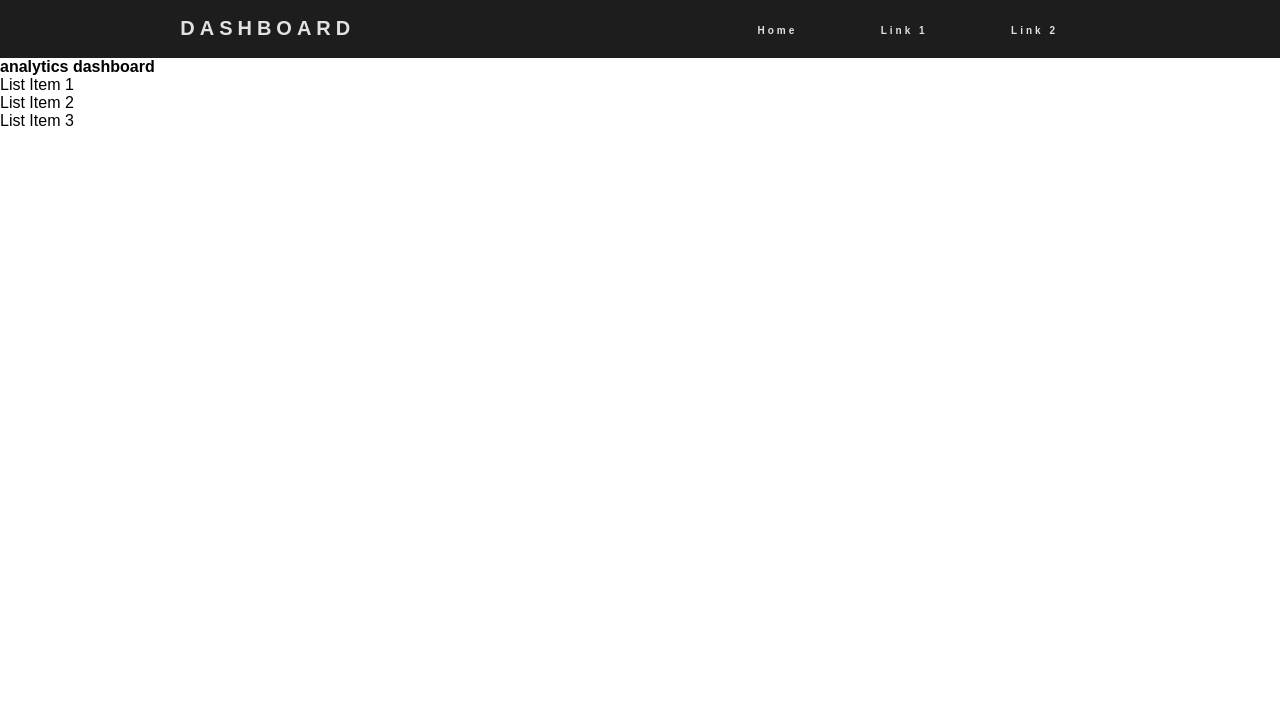
Repository: nourabdelhakam/drag-drop
Page: index.html
The author's editor kept a copy of each file at every save. The page is drawn from the files as they stood at one save, then again after the next save.
The browser window is 1280 px wide. The pictures show the whole page.
An inner scrolling area shows only its first screen.

Above is the page before, as saved 2020-07-03 09:06:20.

After the next save:
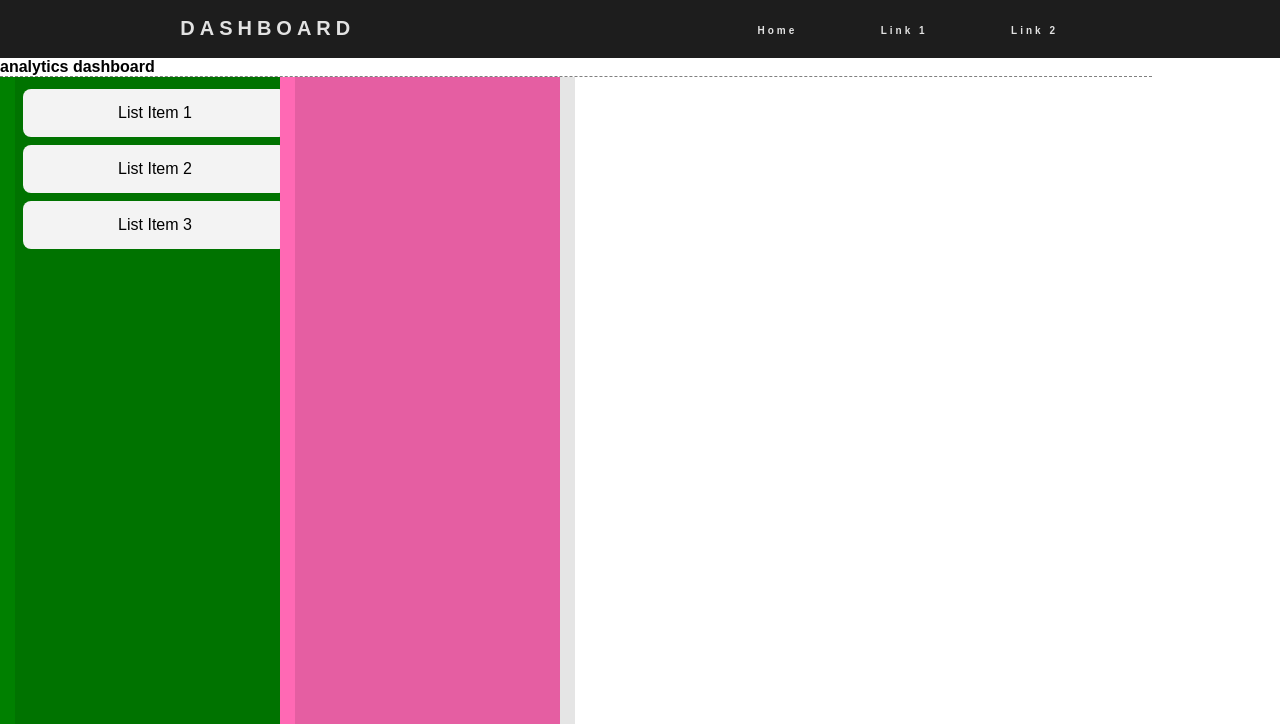
Saved 17 s later.
--- a/css/main.css
+++ b/css/main.css
@@ -6,7 +6,7 @@
 body {
     font-family: Arial, Helvetica, sans-serif;
 }
-/* .container {
+.container {
     display: flex;
     flex-flow: column;
     width: 90vw;
@@ -47,4 +47,4 @@
     padding: 15px 20px;
     text-align: center;
     margin: 4px 0;
-} */
+}

After the save that followed:
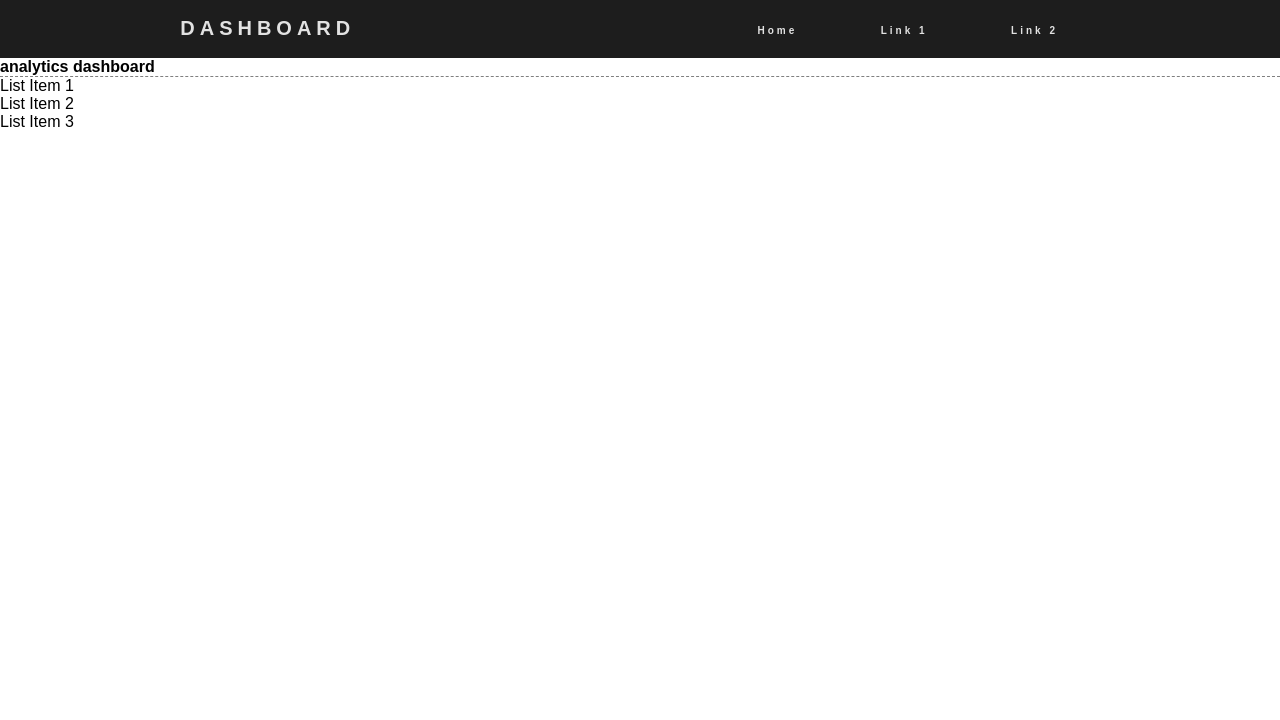
Saved 96 s later.
--- a/css/main.css
+++ b/css/main.css
@@ -7,6 +7,9 @@
     font-family: Arial, Helvetica, sans-serif;
 }
 .container {
+    border-top: 1px dashed gray;
+}
+/* .container {
     display: flex;
     flex-flow: column;
     width: 90vw;
@@ -47,4 +50,4 @@
     padding: 15px 20px;
     text-align: center;
     margin: 4px 0;
-}
+} */
